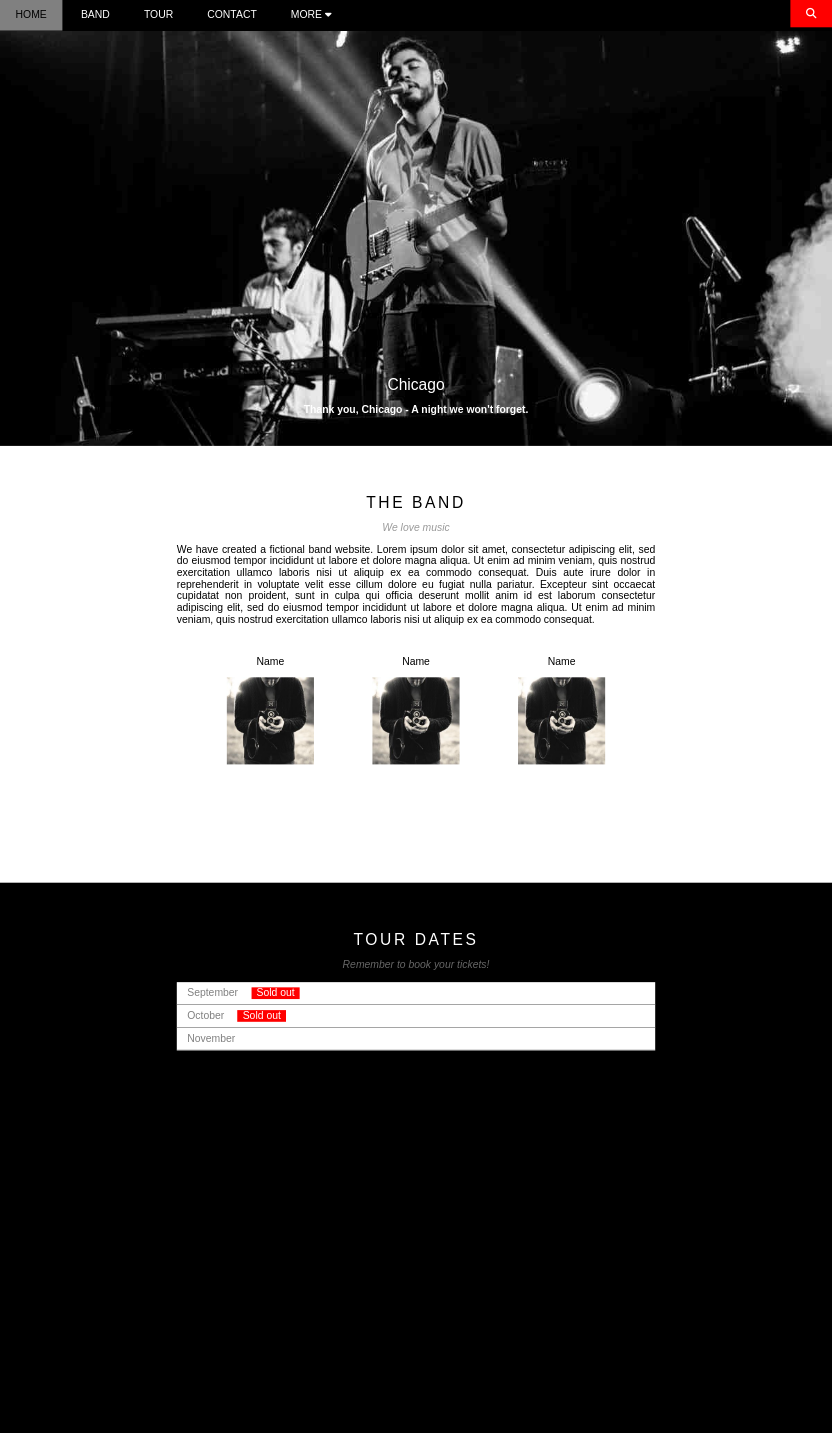
Repository: ngotranphuongbao/theband
Page: index.html
The author's editor kept a copy of each file at every save. The page is drawn from the files as they stood at one save, then again after the next save.
The browser window is 1280 px wide. The pictures show the whole page, at 65% of full size.
Some icons come from a web library that is not loaded, so they are not drawn. Some web libraries are served in a nearby version.

Above is the page before, as saved 2022-12-21 22:28:29.

After the next save:
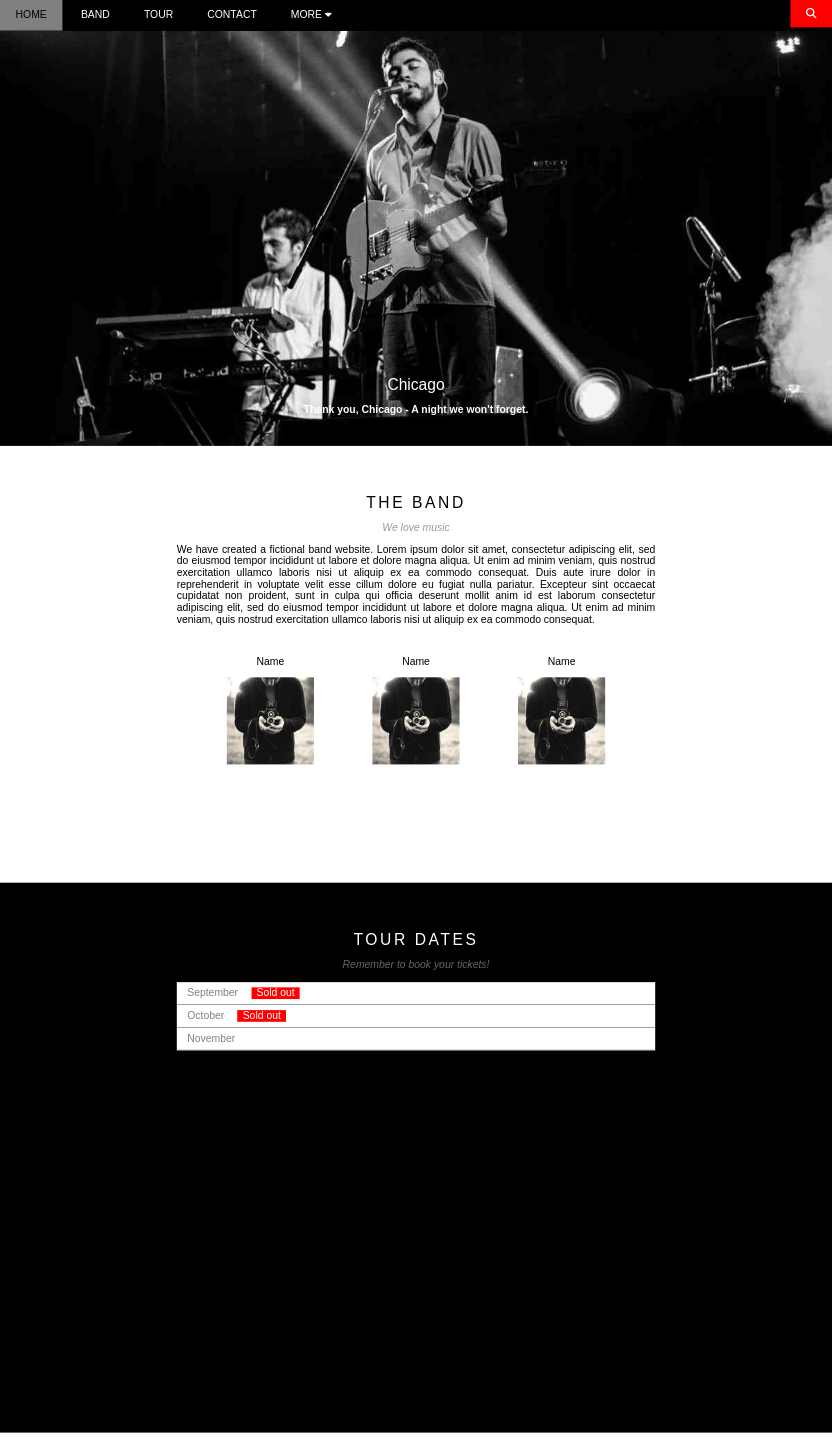
Saved 55 s later.
--- a/index.html
+++ b/index.html
@@ -91,6 +91,8 @@
 
             <div id="contact">
 
+                <i class="fa-solid fa-circle-3"></i>
+
             </div>
 
             <div id="picture">

After the 2 saves that followed:
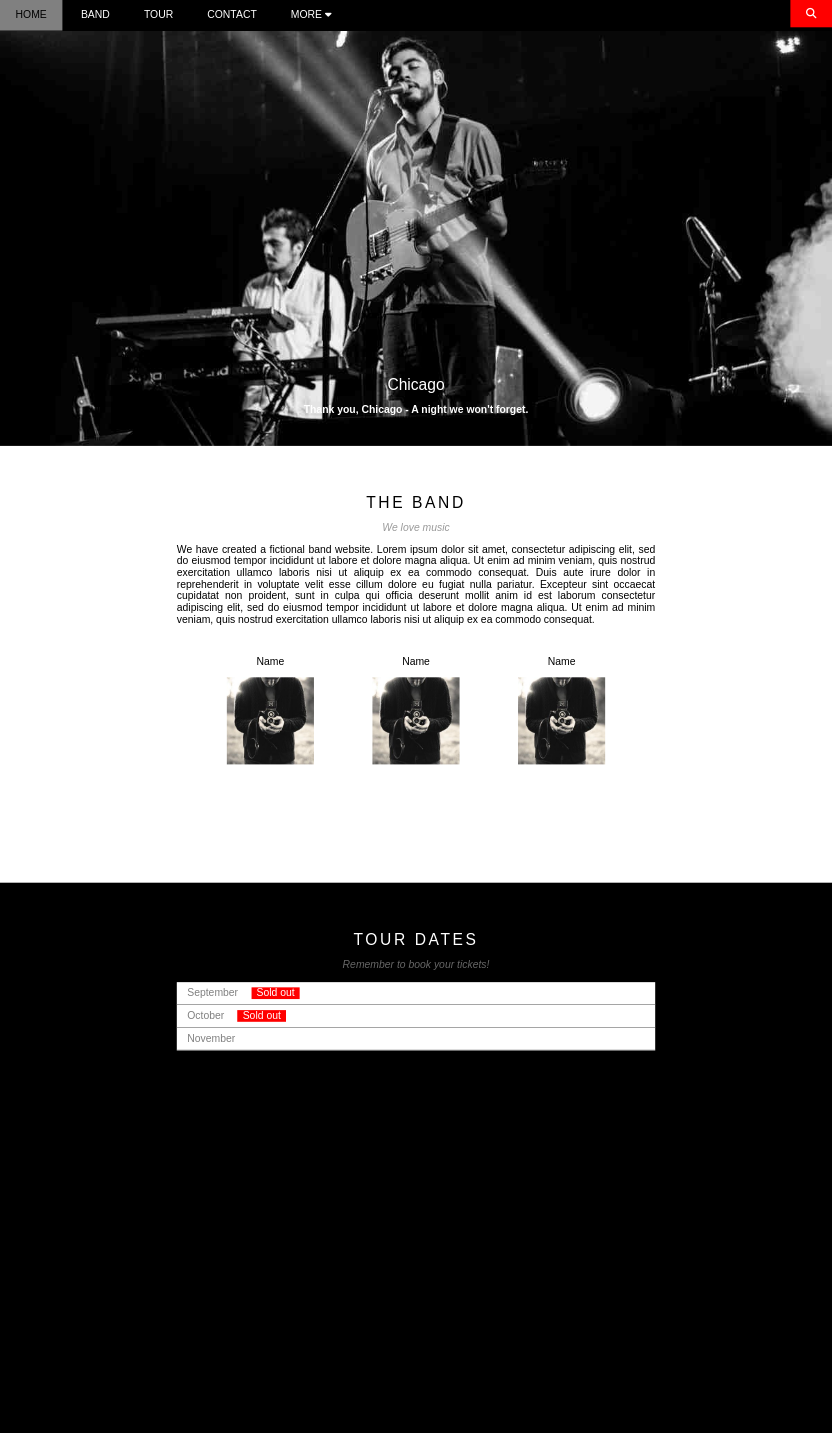
The 2 saves are shown as one change because 1 left the picture as it was.
The last was saved 3 min 34 s later.
--- a/index.html
+++ b/index.html
@@ -81,7 +81,6 @@
                         </li>
                         <li>
                             November
-                            <i class="fa-solid fa-circle-3"></i>
                         </li>
                     </ul>
                 </div>
@@ -91,7 +90,7 @@
 
             <div id="contact">
 
-                <i class="fa-solid fa-circle-3"></i>
+
 
             </div>
 
--- a/assets/css/style.css
+++ b/assets/css/style.css
@@ -209,6 +209,9 @@ html {
     color: white;
 }
 
+.fa-circle-3 {
+    background-color: black;
+}
 #footer {
 
 }
